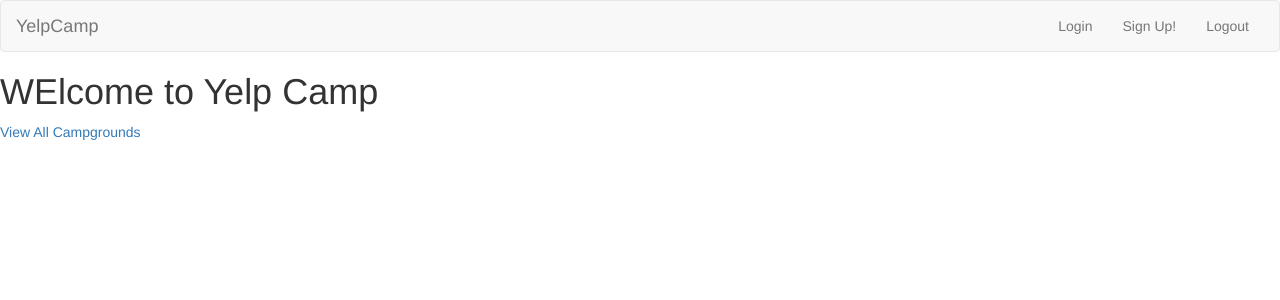
Repository: karanagg262/The-Web-Development-Bootcamp
Page: http://localhost/
The author's editor kept a record of every edit. The page is drawn from the files as they stood at one moment, then again after the next edit.
The browser window is 1280 px wide. The pictures show the whole page.
The page is served by the project's Node server (yelpcamp/v5/app.js).

Above is the page before.

After the next edit:
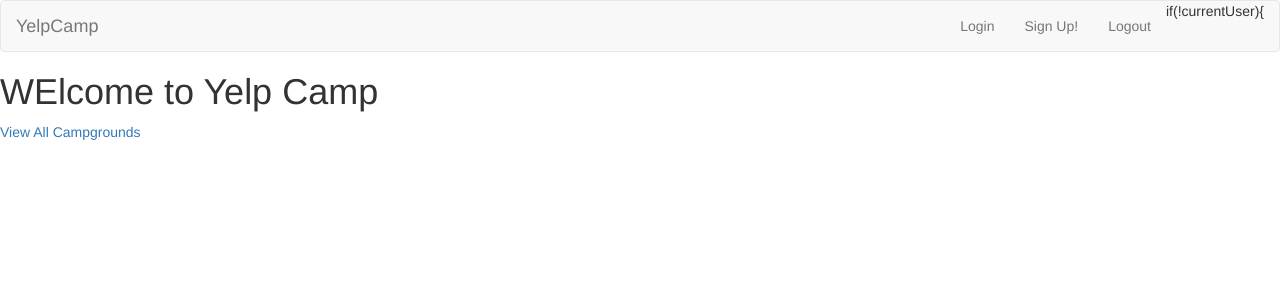
The edit:
--- a/Backend and full scale projects/yelpcamp/v5/views/partials/header.ejs
+++ b/Backend and full scale projects/yelpcamp/v5/views/partials/header.ejs
@@ -14,6 +14,7 @@
                 </div>
                 <div class="collapse navbar-collapse">
                     <ul class="nav navbar-nav navbar-right">
+                        if(!currentUser){
                         <li><a href="/login">Login</a></li>
                         <li><a href="/register">Sign Up!</a></li>
                         <li><a href="/logout">Logout</a></li>
